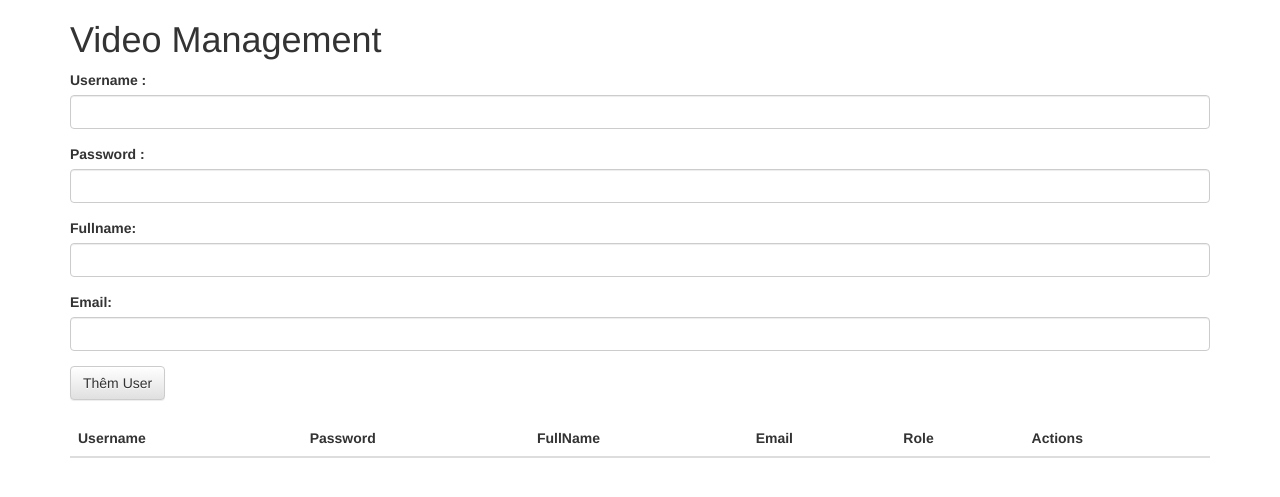
Repository: Hacorbie/Java-Servlet
Page: http://localhost/ASM_JV4/views/User.jsp
These files come from the project's save history. The page is drawn as it stood at one moment and after the next save; the edit follows.
The browser window is 1280 px wide. The pictures show the whole page.
Some web libraries are served in a nearby version. The page is served by Tomcat 9.

Above is the page before, as saved 2023-04-09 12:28:31.

After the next save:
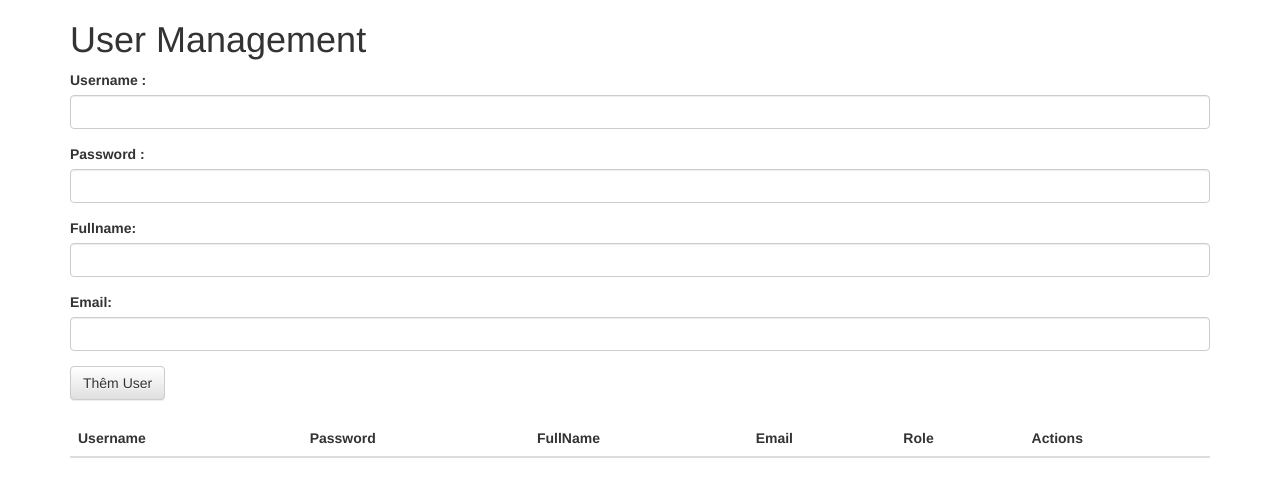
Saved 42 min 35 s later.
--- a/ASM_JV4/src/main/webapp/views/User.jsp
+++ b/ASM_JV4/src/main/webapp/views/User.jsp
@@ -16,7 +16,7 @@
 <body>
 <c:url var = "url" value ="/VideoManager"></c:url>
 	<div class="container">
-		<h1>Video Management</h1>
+		<h1>User Management</h1>
 		<!-- Form thêm mới video -->
 		<form method="post" action="${url}/Add">
 		<div class="form-group">
